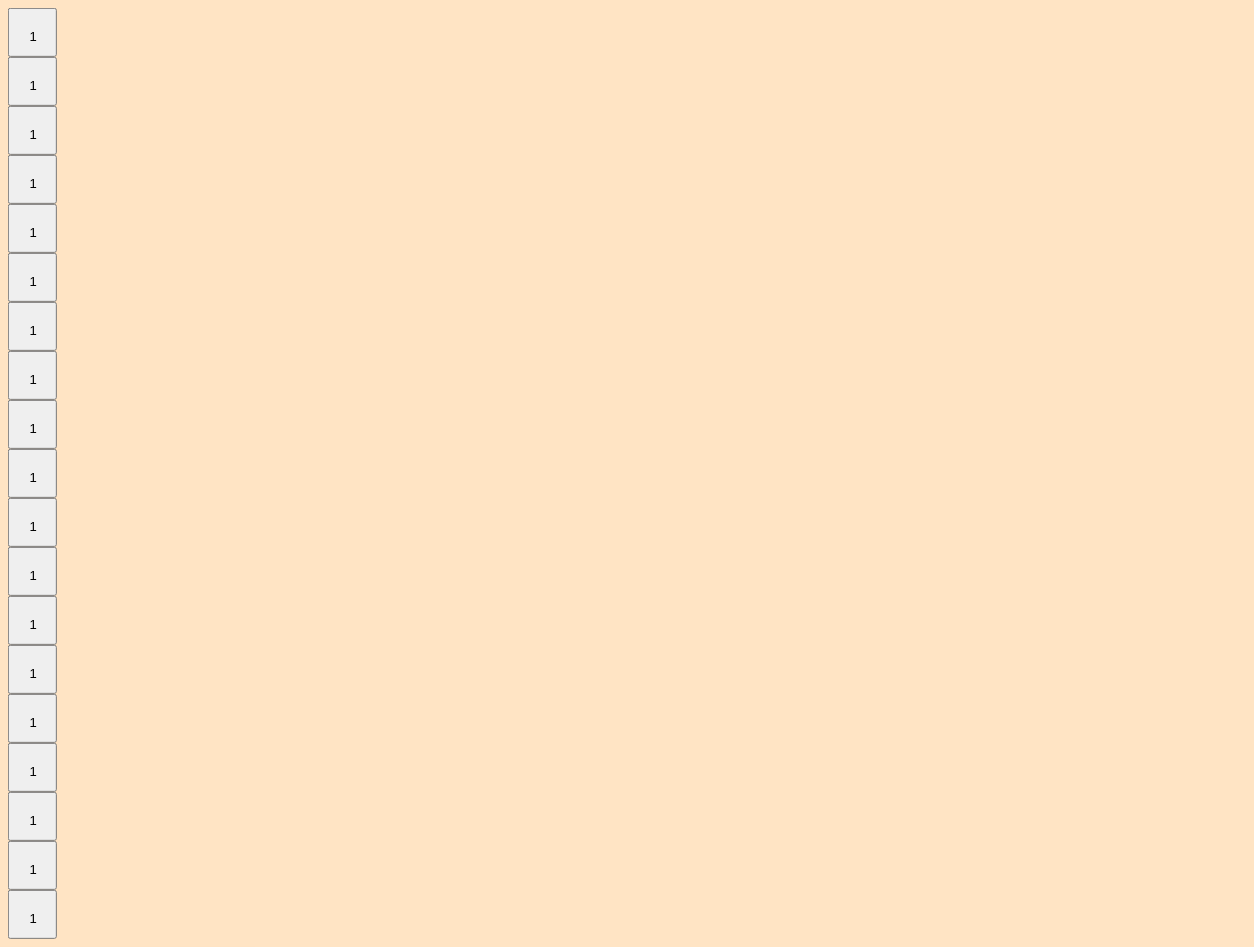
Repository: noahcallen/LAB-calculator
Page: index.html
These files come from the project's save history. The page is drawn as it stood at one moment and after the next save; the edit follows.
The browser window is 1280 px wide. The pictures show the whole page, at 98% of full size.

Above is the page before, as saved 2024-07-10 18:46:57.

### index.html
<!DOCTYPE html>
<html lang="en">
<head>
  <meta charset="UTF-8">
  <meta name="viewport" content="width=device-width, initial-scale=1.0">
  <title>Document</title>
  <link rel="stylesheet" href="main.css">
  <meta name="viewport" content="width=device-width, initial-scale=1">
</head>
<body>
  <div class="container-fluid">
    <div class="row">
      <div class="col">
        <button type="button" class="btn btn-primary">1</button>
      </div>
      <div class="col">
        <button type="button" class="btn btn-primary">1</button>
      </div>
      <div class="col">
        <button type="button" class="btn btn-primary">1</button>
      </div>
      <div class="col">
        <button type="button" class="btn btn-primary">1</button>
      </div>
      <div class="col">
        <button type="button" class="btn btn-primary">1</button>
      </div>
      <div class="col">
        <button type="button" class="btn btn-primary">1</button>
      </div>
      <div class="col">
        <button type="button" class="btn btn-primary">1</button>
      </div>
      <div class="col">
        <button type="button" class="btn btn-primary">1</button>
      </div>
      <div class="col">
        <button type="button" class="btn btn-primary">1</button>
      </div>
      <div class="col">
        <button type="button" class="btn btn-primary">1</button>
      </div>
      <div class="col">
        <button type="button" class="btn btn-primary">1</button>
      </div>
      <div class="col">
        <button type="button" class="btn btn-primary">1</button>
      </div>
      <div class="col">
        <button type="button" class="btn btn-primary">1</button>
      </div>
      <div class="col">
        <button type="button" class="btn btn-primary">1</button>
      </div>
      <div class="col">
        <button type="button" class="btn btn-primary">1</button>
      </div>
      <div class="col">
        <button type="button" class="btn btn-primary">1</button>
      </div>
      <div class="col">
        <button type="button" class="btn btn-primary">1</button>
      </div>
      <div class="col">
        <button type="button" class="btn btn-primary">1</button>
      </div>
      <div class="col">
        <button type="button" class="btn btn-primary">1</button>
      </div>
  </div>

  </div>



  <script src="main.js"></script>
  <!-- import js bootstrap -->
  <script src="https://cdn.jsdelivr.net/npm/bootstrap@5.3.3/dist/js/bootstrap.bundle.min.js" integrity="sha384-YvpcrYf0tY3lHB60NNkmXc5s9fDVZLESaAA55NDzOxhy9GkcIdslK1eN7N6jIeHz" crossorigin="anonymous"></script>
</body>
</html>

### main.css
body {
  background-color: bisque;
}

.container {
  /* display: flex;
  justify-content: center; */
  border: solid 5px black;
  height: 600px;
  width: 350px;
}

.btn {
  display: flex;
  flex-wrap: wrap;
  height: 50px;
  width: 50px;
  padding: 20px;
}

Loaded but not shown: main.js (no stored copy; drawn as an empty file)

After the next save:
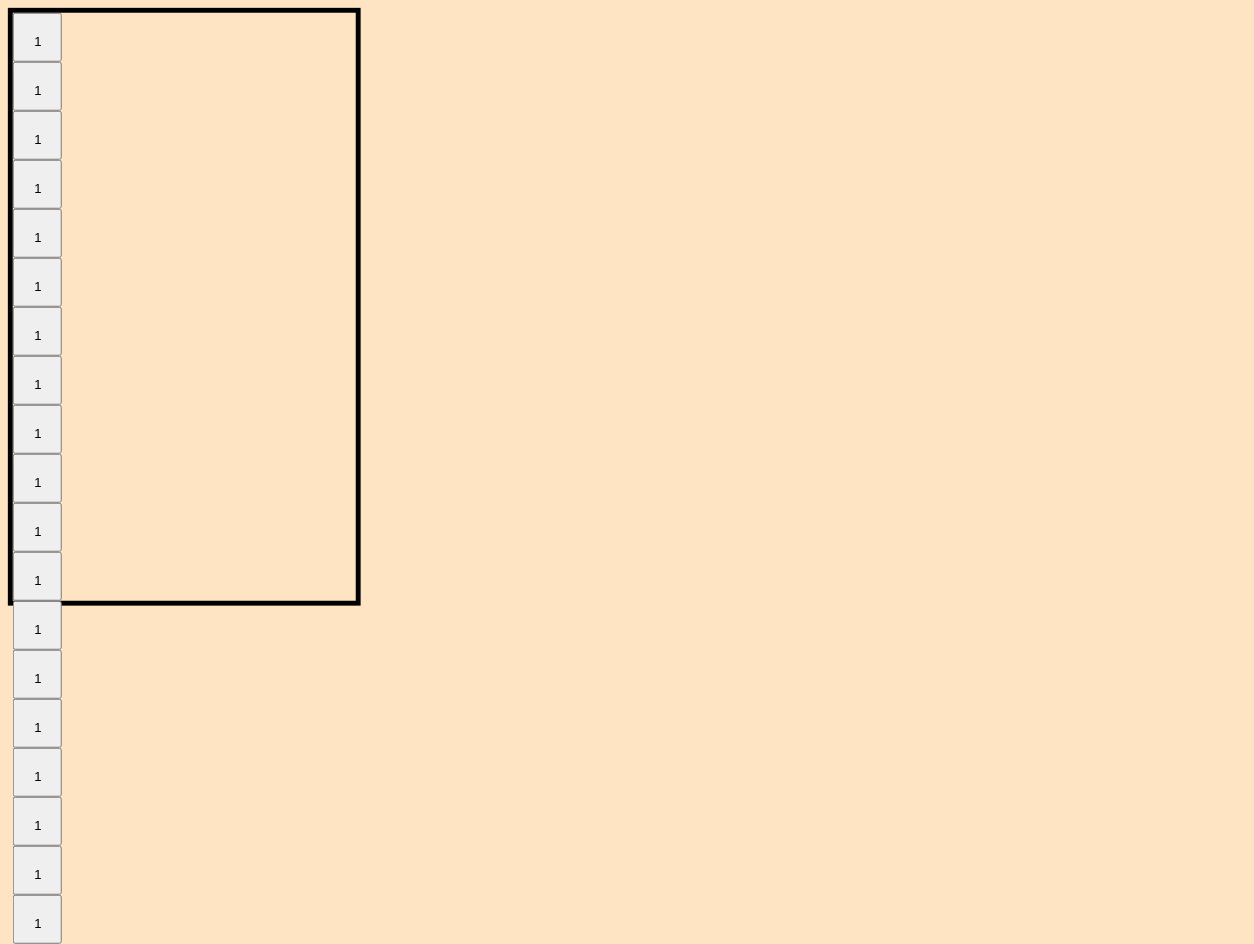
Saved 5 s later.
--- a/main.css
+++ b/main.css
@@ -2,7 +2,7 @@
   background-color: bisque;
 }
 
-.container {
+.container-fluid {
   /* display: flex;
   justify-content: center; */
   border: solid 5px black;

After the save that followed:
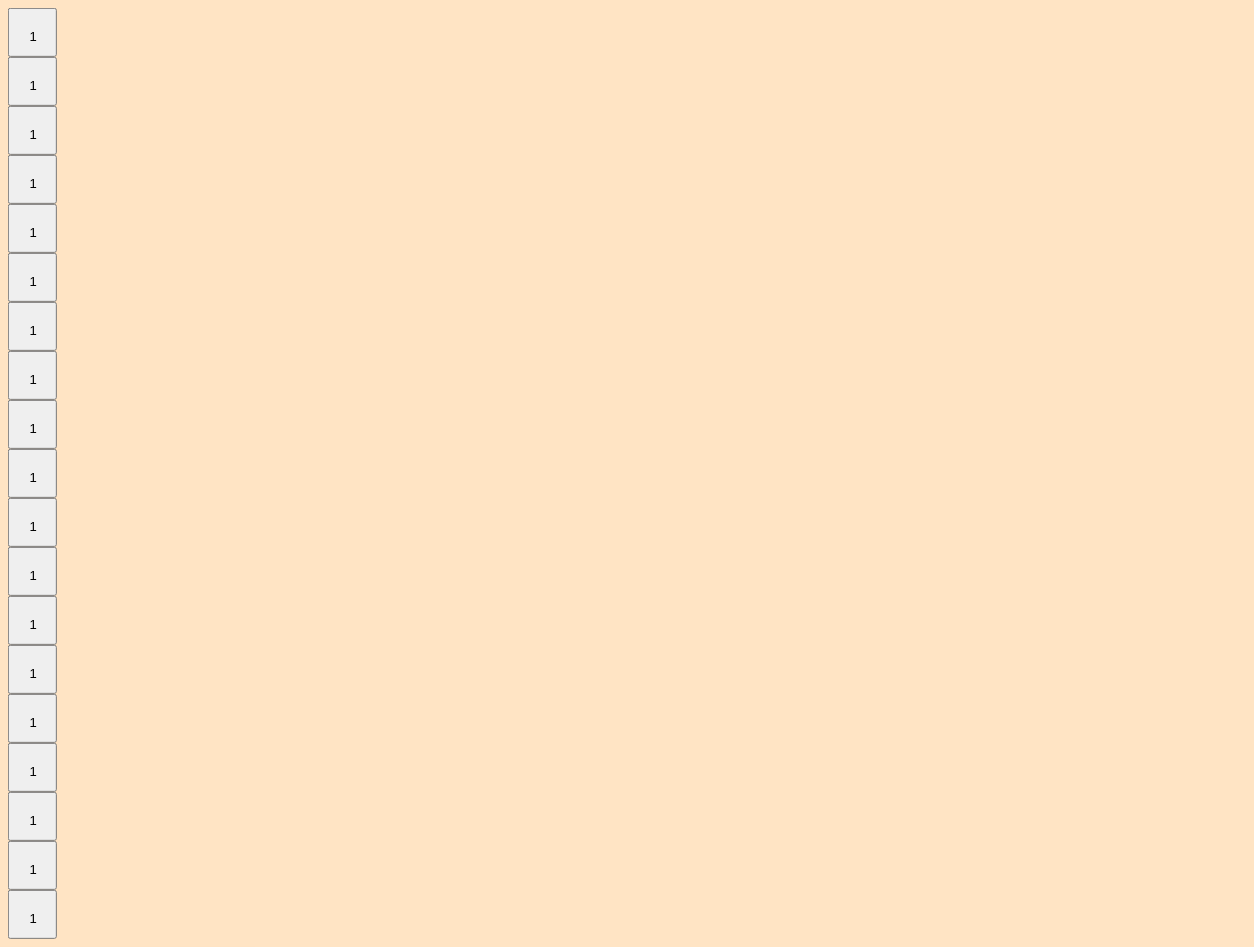
Saved 7 s later.
--- a/main.css
+++ b/main.css
@@ -2,7 +2,7 @@
   background-color: bisque;
 }
 
-.container-fluid {
+.container {
   /* display: flex;
   justify-content: center; */
   border: solid 5px black;
